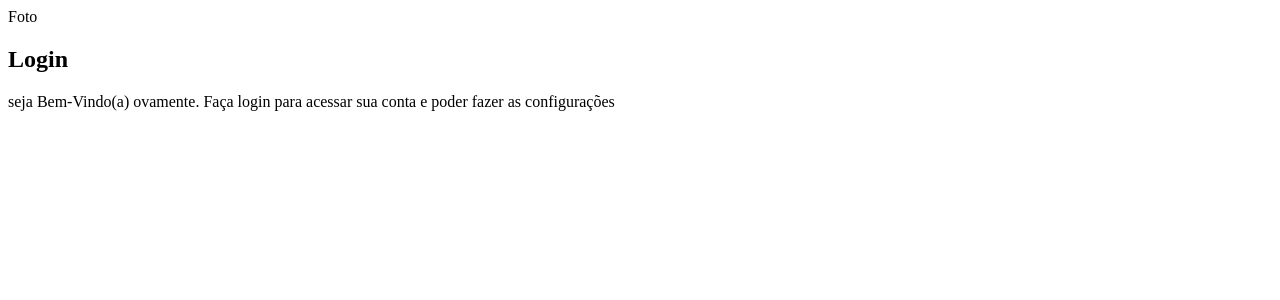
Repository: Guillermomarcon/Projeto-Login
Page: index.html
An editor plug-in stored every save of this project. The page is shown before and after a run of saves, followed by the edit.
The browser window is 1280 px wide. The pictures show the whole page.

Above is the page before, as saved 2022-09-03 13:53:06.

### index.html
<!DOCTYPE html>
<html lang="pt-br">
<head>
    <meta charset="UTF-8">
    <meta http-equiv="X-UA-Compatible" content="IE=edge">
    <meta name="viewport" content="width=device-width, initial-scale=1.0">
    <title>Login</title>
    <link rel="stylesheet" href="estilos/style.css">
</head>
<body>
    <main>
        <section id="login">
            <div id="imagem">
                Foto
            </div>

            <div id="formulario">
                <h1>Login</h1>
                <p>
                    seja Bem-Vindo(a) ovamente. Faça login para acessar sua conta e poder fazer as configurações
                </p>
            </div>
        </section>
    </main>

</body>
</html>

### estilos/style.css
@charset "utf-8"


/*
Paleta de cores
verde #49a09d
lilas #5f2c82
*/

After the next 2 saves:
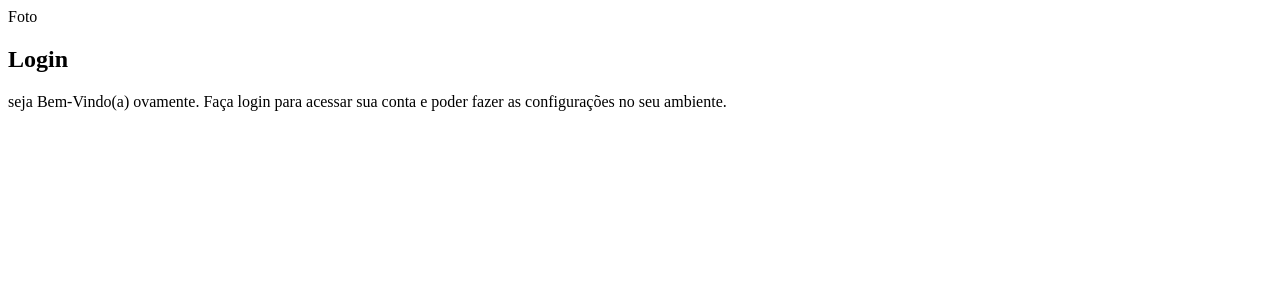
The 2 saves are shown as one change because they came seconds apart.
The last was saved 8 s later.
--- a/index.html
+++ b/index.html
@@ -17,7 +17,7 @@
             <div id="formulario">
                 <h1>Login</h1>
                 <p>
-                    seja Bem-Vindo(a) ovamente. Faça login para acessar sua conta e poder fazer as configurações
+                    seja Bem-Vindo(a) ovamente. Faça login para acessar sua conta e poder fazer as configurações no seu ambiente.
                 </p>
             </div>
         </section>
